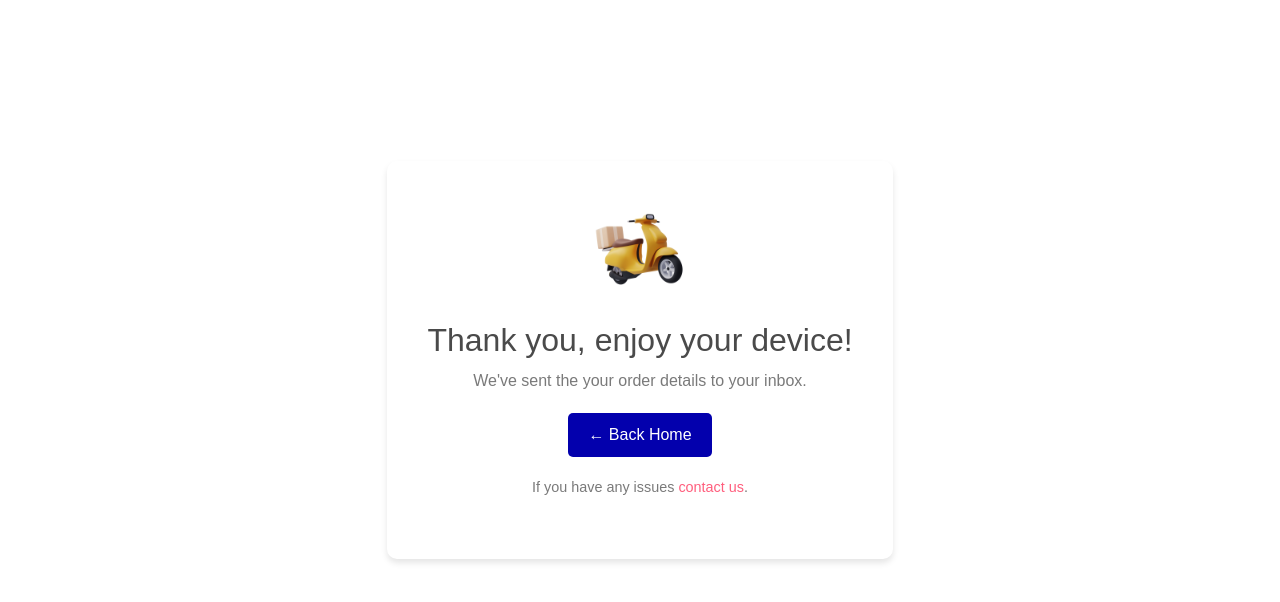
Repository: Davidobi21/macelect
Page: frontend/pages/thank-you.html
The author's editor kept a copy of each file at every save. The page is drawn from the files as they stood at one save, then again after the next save.
The browser window is 1280 px wide. The pictures show the whole page.

Above is the page before, as saved 2025-05-01 05:25:51.

After the next save:
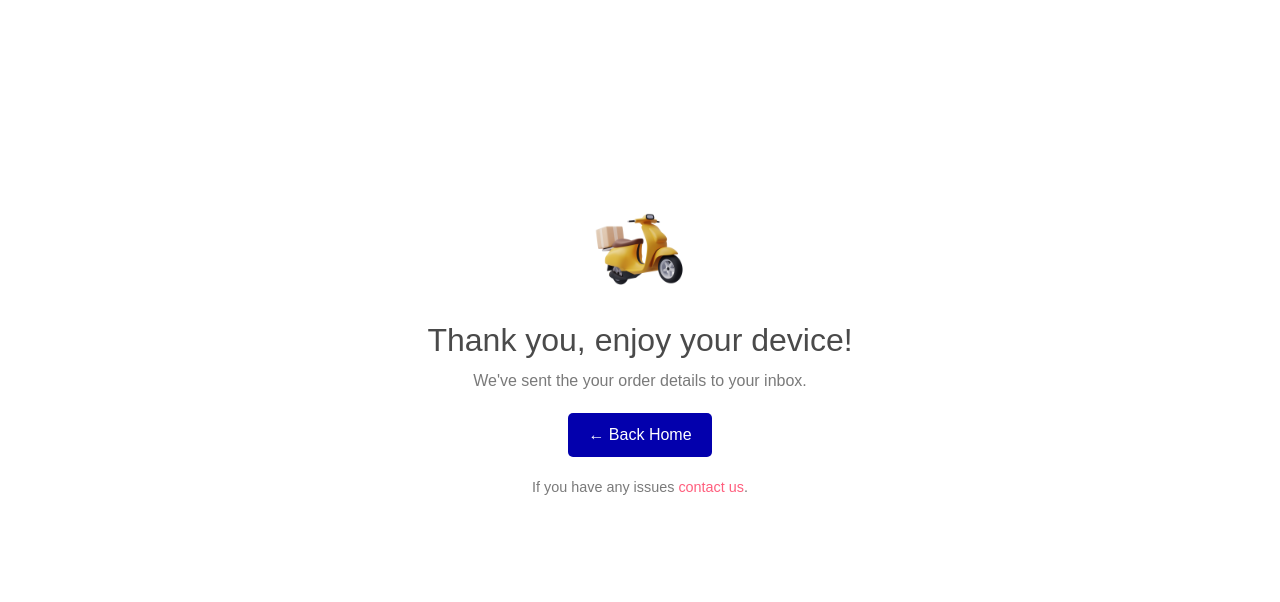
Saved 9 s later.
--- a/frontend/pages/thank-you.html
+++ b/frontend/pages/thank-you.html
@@ -18,7 +18,6 @@
       text-align: center;
       padding: 40px;
       border-radius: 10px;
-      box-shadow: 0 4px 6px rgba(0, 0, 0, 0.1);
     }
     .thank-you-container img {
       width: 100px;
